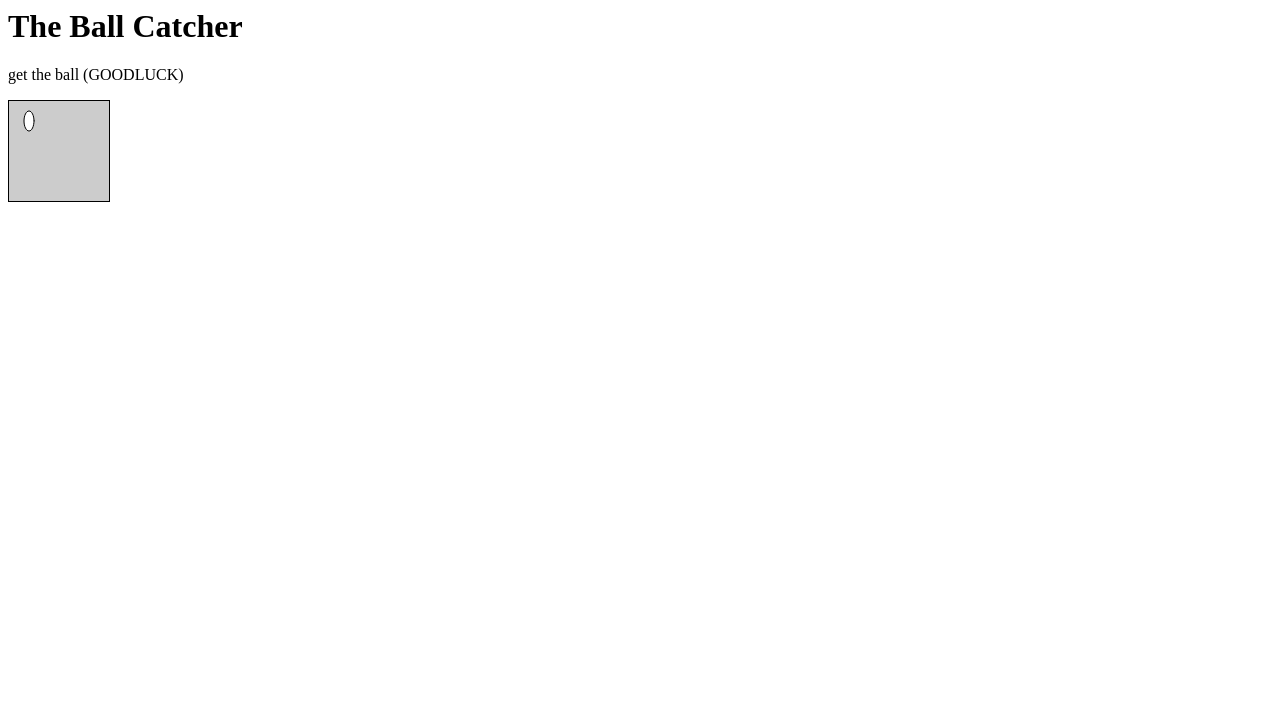
Repository: mike3245/mike3245.github.io
Page: ball.html
The author's editor kept a record of every edit. The page is drawn from the files as they stood at one moment, then again after the next edit.
The browser window is 1280 px wide. The pictures show the whole page.

Above is the page before.

### ball.html
<html>

  <head>
      <meta http-equiv="Content-Type" content="text/html; charset=UTF-8" />
      <title>Processing Demo</title>
      <script type="text/javascript" src="js/processing.js"></script>
  </head>

  <body>
    <h1>The Ball Catcher</h1>
    <p>get the ball (GOODLUCK)</p>

    <script type="text/processing">

      /* DELETE THIS COIMMENT PORTION AND REPLACE WITH PROCESSING CODE
       *
       * CODE GOES HERE......
       */

       ellipse(20,20,10, 20)  //TEST THIS FIRST THEN DELETE

class Timer {
  int startTime;
  int interval;

  Timer(int timeInterval) {
    interval = timeInterval;
  }

  void start() {
    startTime = millis();
  }
  boolean complete() {
    int elapsedTime = millis() - startTime;
    if (elapsedTime > interval) {
      return true;
    }else {
      return false;


    }
  }
}

    </script>
    <canvas id="sketch" style="border: 1px solid black;"></canvas>

  </body>

</html>

Loaded but not shown: js/processing.js (library)

After the next edit:
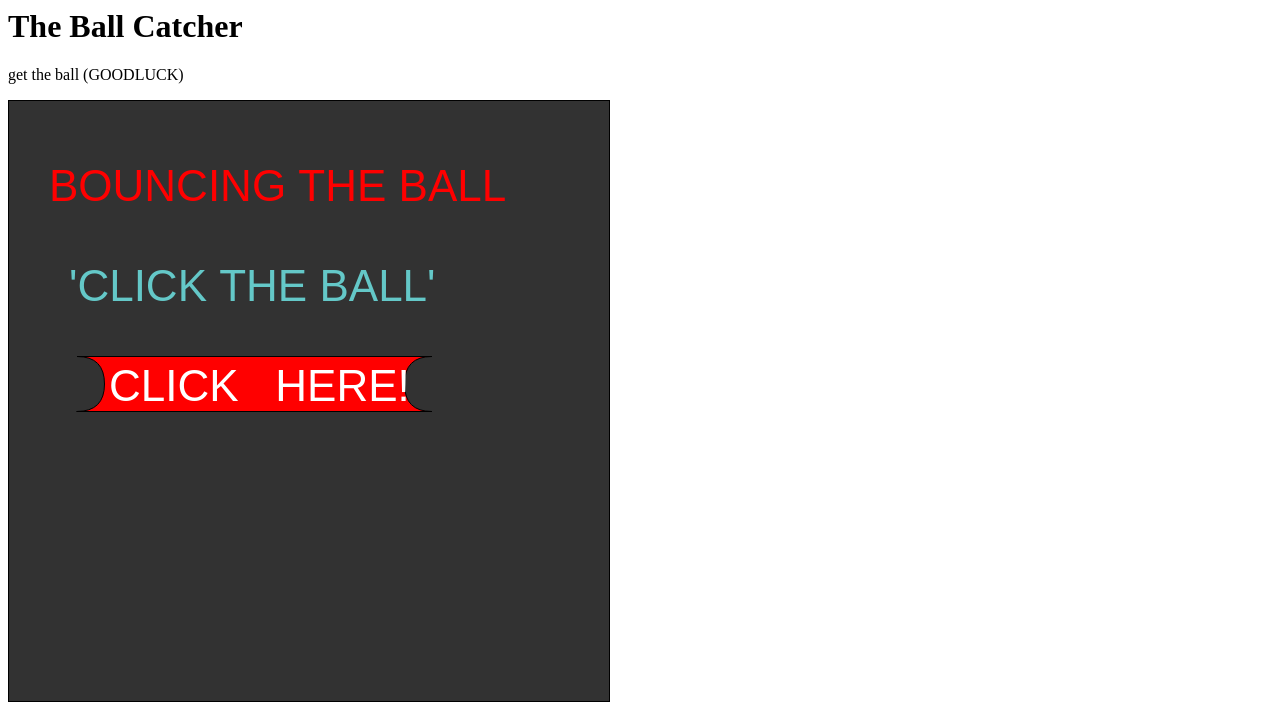
The edit:
--- a/ball.html
+++ b/ball.html
@@ -11,13 +11,91 @@
     <p>get the ball (GOODLUCK)</p>
 
     <script type="text/processing">
+int gameState;
+float circleX;
+float xspeed =5;
+int count;
+int timer;
+Timer countDownTimer;
+int timeLeft;
+float yspeed=5;
+float circleY;
+//SETUP
+void setup(){
+  size(600,600);
+  //surface.setResizable(true);
+  gameState= 0;
+ countDownTimer = new Timer(1000);
+ timeLeft= 2500;
 
-      /* DELETE THIS COIMMENT PORTION AND REPLACE WITH PROCESSING CODE
-       *
-       * CODE GOES HERE......
-       */
+}
 
-       ellipse(20,20,10, 20)  //TEST THIS FIRST THEN DELETE
+//MAIN
+void draw(){
+  background(50);  //black background
+  if(gameState==0){
+    startScreen();
+  }
+
+  else if (gameState==1){
+    //countDown logic
+    if (countDownTimer.complete() == true) {
+      if (timeLeft > 1 ) {
+
+        timeLeft--;
+
+    }
+    }
+
+    //BEGIN GAME  --TODO
+
+    //show countdown
+    String s = "Time Left:" +timeLeft;
+    textAlign(LEFT);
+    textSize(50);
+    fill(255,0,0);
+    text(s,20,100);
+    ellipse(circleX,circleY,100,100);
+
+    circleX = circleX +xspeed;
+
+    if (circleX > width) {
+      xspeed  = -10;
+    }
+
+    if (circleX < 0) {
+     xspeed = 5;
+    }
+     circleY = circleY + yspeed;
+     if (circleY > height) {
+       yspeed = -15;
+
+     }
+     if (circleY < 0) {
+       yspeed=15;
+     }
+  }
+}
+
+void startScreen(){
+    textSize(44);
+    fill(255,0,0);  //red
+    text("BOUNCING THE BALL", 40, 100);
+    fill(100,200,200);
+    text("'CLICK THE BALL' ", 60, 200);
+    if(mouseX > 95 && mouseX < 395 && mouseY > 265 && mouseY < 310){
+      fill(0,255,0); //Green
+      if(mousePressed){
+        gameState=1;
+      }
+    }
+    else{
+      fill(255,0,0);  //red
+    }
+    rect(95, 310, 300, -55, 15);
+    fill(255);
+    text("CLICK   HERE!", 100, 300);
+}
 
 class Timer {
   int startTime;
